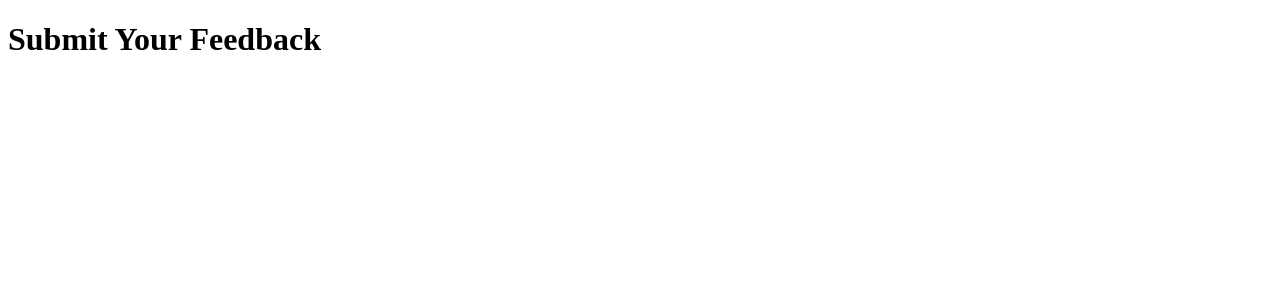
Repository: anik3395/JavaServletProjects
Page: eclipse-workspace/FeedbackCollectionSystem/src/main/webapp/feedback_form.html
The author's editor kept a copy of each file at every save. The page is drawn from the files as they stood at one save, then again after the next save.
The browser window is 1280 px wide. The pictures show the whole page.

Above is the page before, as saved 2024-10-23 05:42:19.

### eclipse-workspace/FeedbackCollectionSystem/src/main/webapp/feedback_form.html
<!DOCTYPE html>
<html>
<head>
<meta charset="UTF-8">
<title>Submit Your Feedback</title>
</head>
<body>
<h1>Submit Your Feedback</h1>
</body>
</html>

After the next save:
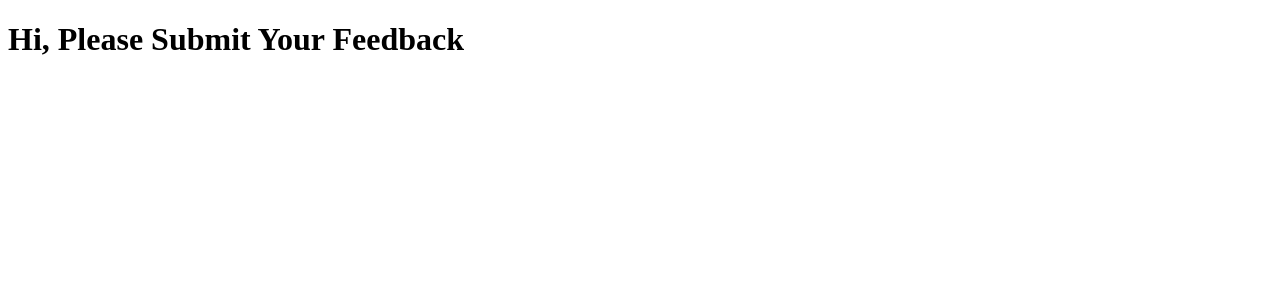
Saved 58 s later.
--- a/eclipse-workspace/FeedbackCollectionSystem/src/main/webapp/feedback_form.html
+++ b/eclipse-workspace/FeedbackCollectionSystem/src/main/webapp/feedback_form.html
@@ -5,6 +5,6 @@
 <title>Submit Your Feedback</title>
 </head>
 <body>
-<h1>Submit Your Feedback</h1>
+<h1>Hi, Please Submit Your Feedback</h1>
 </body>
 </html>
